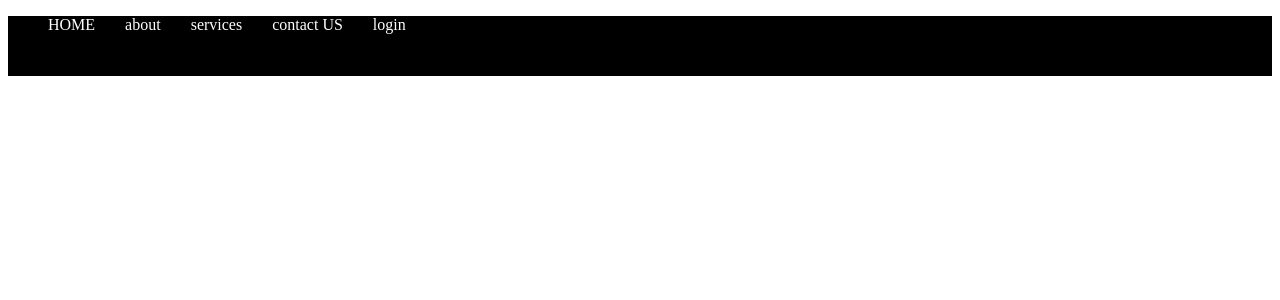
Repository: viveknaidu007/repo-166-Full-Stack-Development-Learning-Notes-Innomatics-2024
Page: module_1-html,css,bootstrap/sept_25_2024/index.html
An editor plug-in stored every save of this project. The page is shown before and after the next save, followed by the edit.
The browser window is 1280 px wide. The pictures show the whole page.

Above is the page before, as saved 2024-09-27 16:15:32.

### module_1-html,css,bootstrap/sept_25_2024/index.html
<!DOCTYPE html>
<html lang="en">
<head>
    <meta charset="UTF-8">
    <meta name="viewport" content="width=device-width, initial-scale=1.0">
    <title>flex_box</title>

    <style>
        ul{
            display: flex;
            list-style-type: none;
            background-color: black;
            color: white;
            height:60px
        }
        ul li{
            margin-right: 30px;
        }
    </style>
</head>
<body>
    <header>
        <nav>
            <ul>
                <li> HOME </li>
                <li> about </li>
                <li> services </li>
                <li> contact US </li>
                <li> login </li>
            </ul>
        </nav>
    </header>
</body>
</html>

After the next save:
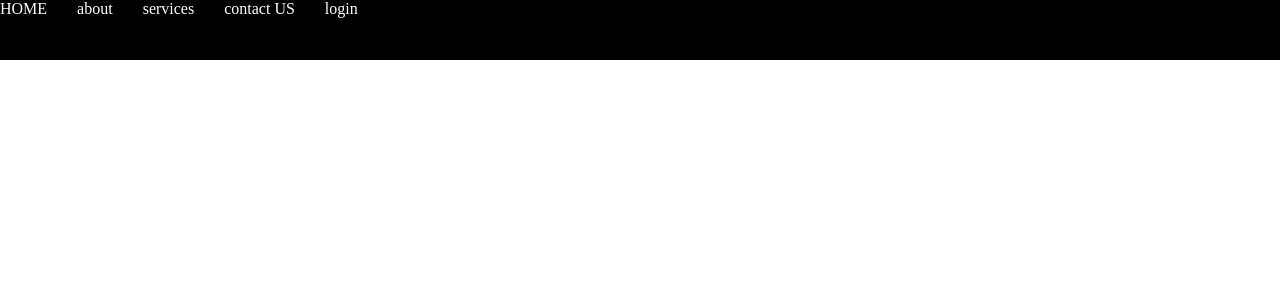
Saved 119 s later.
--- a/module_1-html,css,bootstrap/sept_25_2024/index.html
+++ b/module_1-html,css,bootstrap/sept_25_2024/index.html
@@ -16,6 +16,10 @@
         ul li{
             margin-right: 30px;
         }
+        *{
+            margin:0px;
+            padding:0px
+        }
     </style>
 </head>
 <body>
